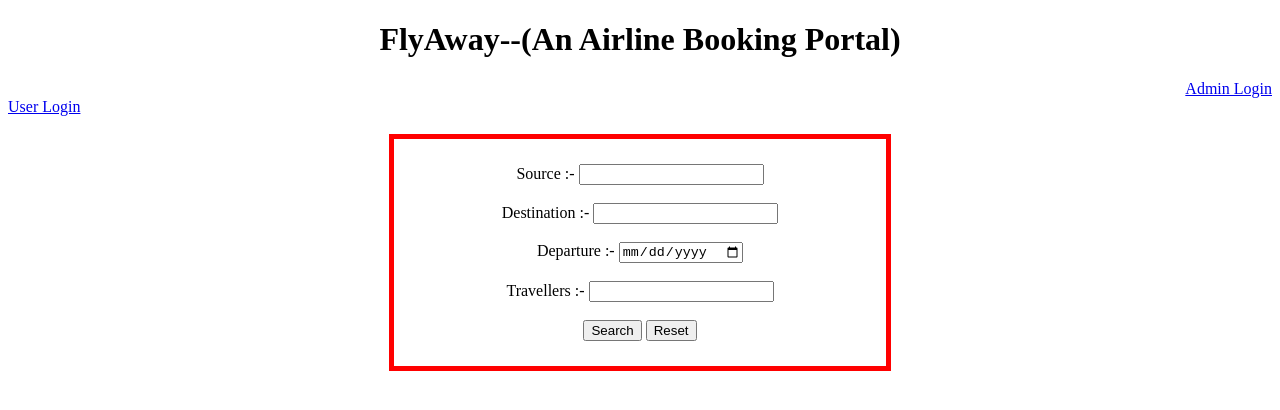
Repository: Vishu4401/FlyAway-An-Airline-Booking-Portal-
Page: http://localhost/FlyAway-An-Airline-Booking-Portal/HomeScreen.jsp
These files come from the project's save history. The page is drawn as it stood at one moment and after the next save; the edit follows.
The browser window is 1280 px wide. The pictures show the whole page.
The page is served by Tomcat 9. Other server files are loaded and not shown.

Above is the page before, as saved 2022-08-24 04:45:45.

### FlyAway-An-Airline-Booking-Portal/src/main/webapp/HomeScreen.jsp
<%@ page language="java" contentType="text/html; charset=ISO-8859-1"
    pageEncoding="ISO-8859-1"%>
<%@ page import="java.util.*" %>
<!DOCTYPE html>
<html>
<head>
<meta charset="ISO-8859-1">
<title>FlyAway (An Airline Booking Portal).</title>
</head>
<body >
<center><h1>FlyAway--(An Airline Booking Portal)</h1></center>

<div align="right">
<a href="AdminScreen.jsp">Admin Login</a>
</div>

<%
	@SuppressWarnings("unchecked")
	HashMap<String,String> user=(HashMap<String,String>)session.getAttribute("user");
	if(user!=null){
%>
<p>Welcome <%=user.get("name") %></p>
<a href="Logout">Logout</a>
<%
	}else{
%>
<a href="UserScreen.jsp">User Login</a>
<%
	}
%>
<br><br>
<center>
<div style="border:5px solid red;width:35%;padding:25px" align="center">
<form action="FlightList.jsp" method=post>
	<label for=from>Source :-</label> <input type=text name=from id=from required/><br><br>
	<label for=to>Destination :-</label> <input type=text name=to id=to required/><br><br>
	<label for=departure>Departure :-</label> <input type=date name=departure id=departure required/><br><br>
	<label for=travellers>Travellers :-</label> <input type=number name=travellers id=travellers required/><br><br>
	<input type="submit" value=Search /> <input type=reset />
</form>
</div>
</center>
</body>
</html>

After the next save:
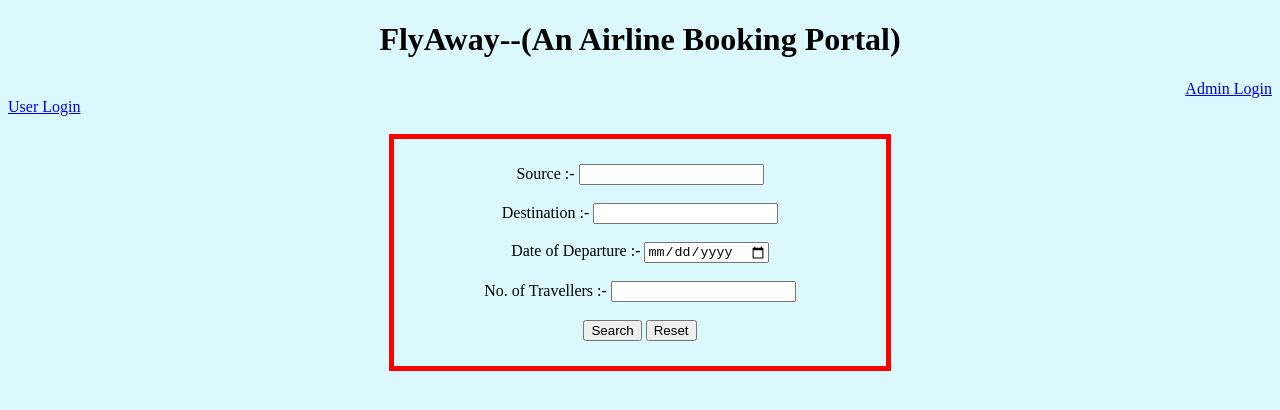
Saved 13 s later.
--- a/FlyAway-An-Airline-Booking-Portal/src/main/webapp/HomeScreen.jsp
+++ b/FlyAway-An-Airline-Booking-Portal/src/main/webapp/HomeScreen.jsp
@@ -6,6 +6,12 @@
 <head>
 <meta charset="ISO-8859-1">
 <title>FlyAway (An Airline Booking Portal).</title>
+
+<style>
+body {
+background-color: #DBF9FC;
+}
+</style>
 </head>
 <body >
 <center><h1>FlyAway--(An Airline Booking Portal)</h1></center>
@@ -34,8 +40,8 @@
 <form action="FlightList.jsp" method=post>
 	<label for=from>Source :-</label> <input type=text name=from id=from required/><br><br>
 	<label for=to>Destination :-</label> <input type=text name=to id=to required/><br><br>
-	<label for=departure>Departure :-</label> <input type=date name=departure id=departure required/><br><br>
-	<label for=travellers>Travellers :-</label> <input type=number name=travellers id=travellers required/><br><br>
+	<label for=departure>Date of Departure :-</label> <input type=date name=departure id=departure required/><br><br>
+	<label for=travellers>No. of Travellers :-</label> <input type=number name=travellers id=travellers required/><br><br>
 	<input type="submit" value=Search /> <input type=reset />
 </form>
 </div>
